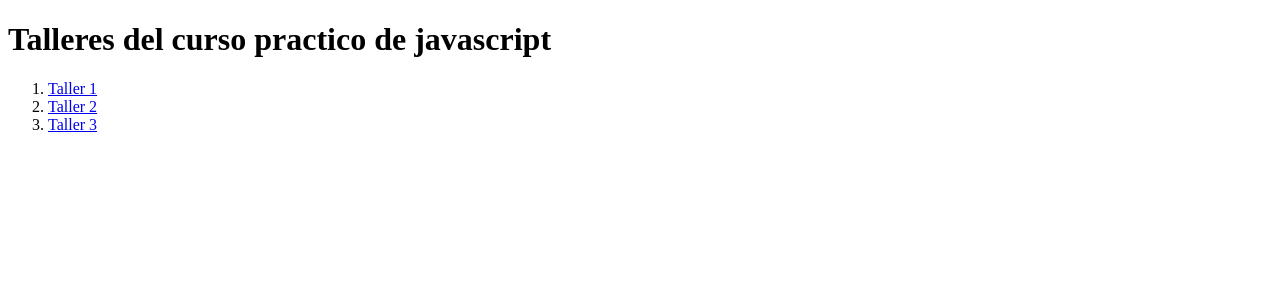
Repository: orlando-1234/curso-practico-javascript
Page: index.html
An editor plug-in stored every save of this project. The page is shown before and after the next save, followed by the edit.
The browser window is 1280 px wide. The pictures show the whole page.

Above is the page before, as saved 2021-09-21 13:41:36.

### index.html
<!DOCTYPE html>
<html lang="en">
<head>
    <meta charset="UTF-8">
    <meta http-equiv="X-UA-Compatible" content="IE=edge">
    <meta name="viewport" content="width=device-width, initial-scale=1.0">
    <title>Home</title>
</head>
<body>
    <header>
        <h1>Talleres del curso practico de javascript</h1>
    </header>

    <section>
        <nav>
            <ol>
                <li><a href="./figuras.html">Taller 1</a></li>
                <li><a href="./descuentos.html">Taller 2</a></li>
                <li><a href="./promedio.html">Taller 3</a></li>
            </ol>
        </nav>
    </section>
</body>
</html>

After the next save:
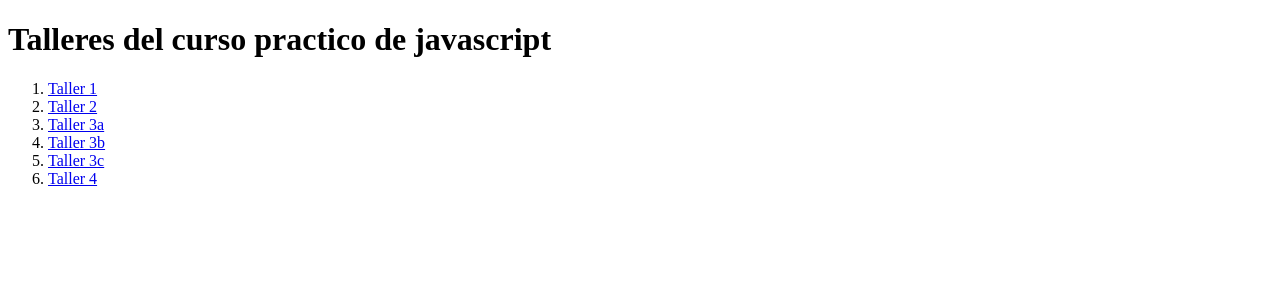
Saved 89 s later.
--- a/index.html
+++ b/index.html
@@ -16,7 +16,10 @@
             <ol>
                 <li><a href="./figuras.html">Taller 1</a></li>
                 <li><a href="./descuentos.html">Taller 2</a></li>
-                <li><a href="./promedio.html">Taller 3</a></li>
+                <li><a href="./promedio.html">Taller 3a</a></li>
+                <li><a href="./mediana.html">Taller 3b</a></li>
+                <li><a href="./moda.html">Taller 3c</a></li>
+                <li><a href="./salario.html">Taller 4</a></li>
             </ol>
         </nav>
     </section>
